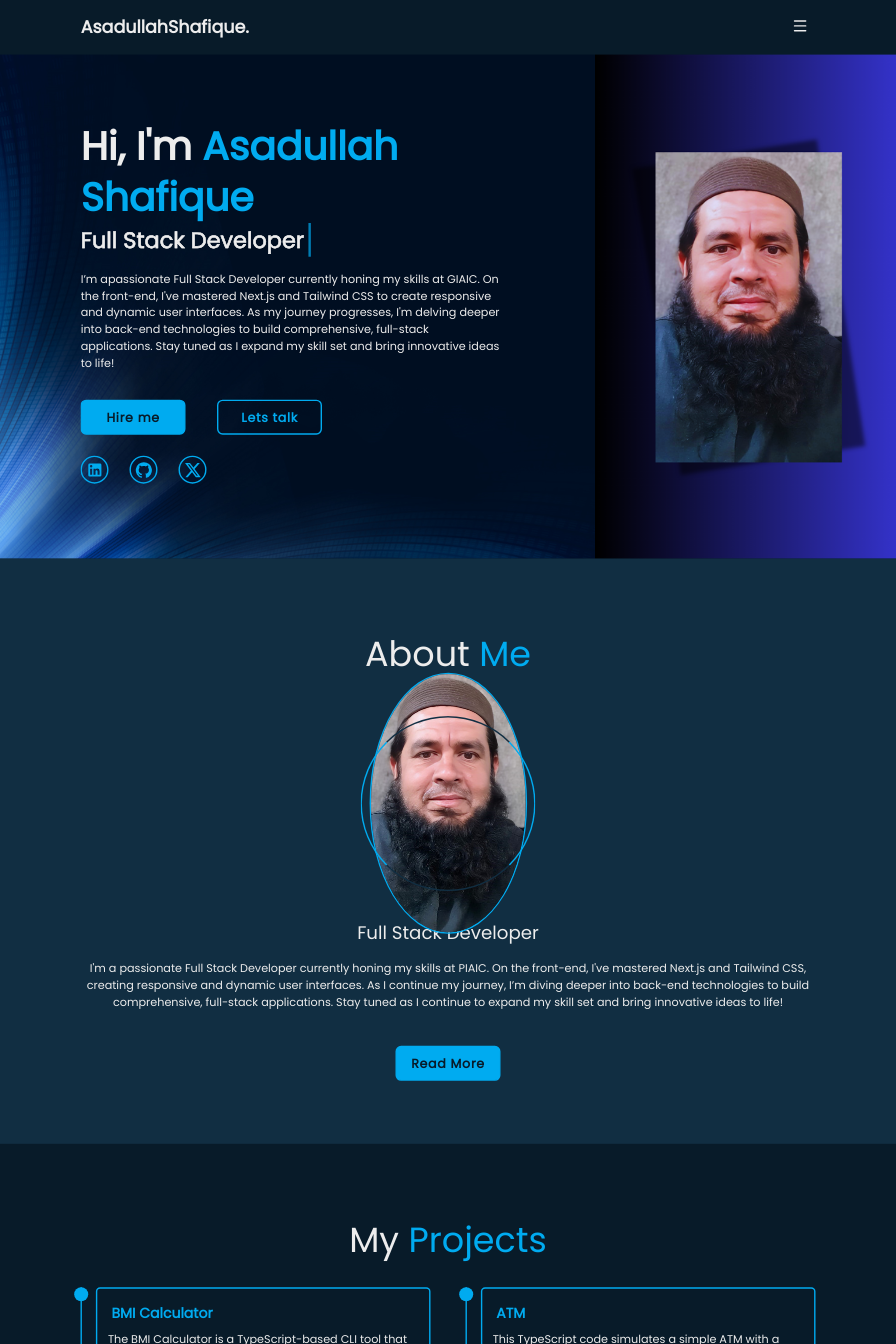
Repository: asadullah48/nextjs_projects_portfolio
Page: /
These files come from the project's save history. The page is drawn as it stood at one moment and after the next save; the edit follows.
The browser window is 1280 px wide. The pictures show the part of the page from y = 0 to 1920 px (the page is 4234 px tall), at 70% of full size.
The project was rebuilt for these pictures with package versions that can differ from the ones it lists, and the page was loaded fresh each time. The framework's server and built-in components were replaced by stand-ins that run in the browser. Also part of the build but not shown: next.config.ts.

Above is the page before, as saved 2024-11-13 13:38:52.

After the next save:
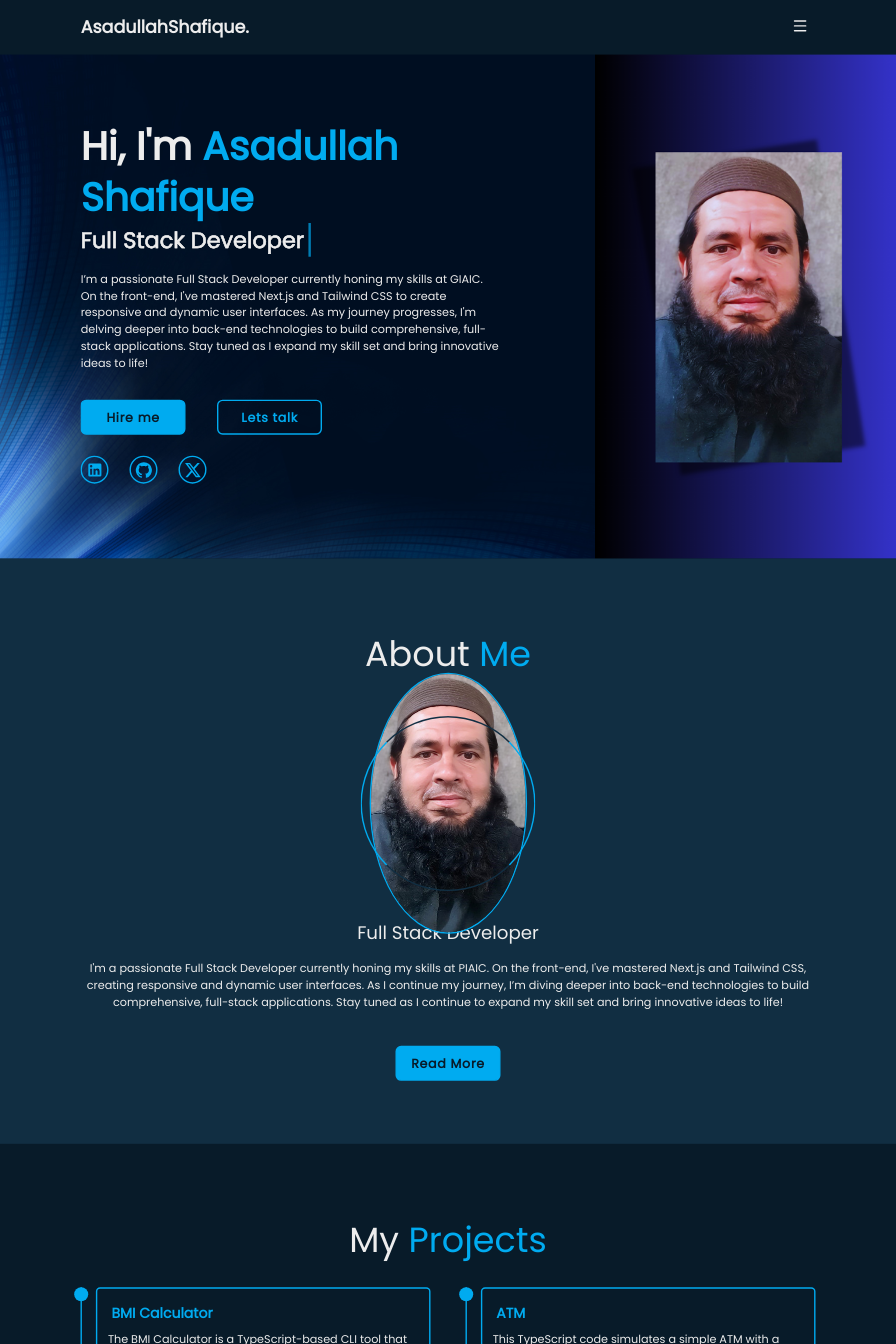
Saved 10 s later.
--- a/src/app/page.tsx
+++ b/src/app/page.tsx
@@ -132,7 +132,7 @@ active:text-[var(--main-color)]"
             <h3>Full Stack Developer</h3>
           </div>
           <p>
-           I’m apassionate Full Stack Developer currently honing my skills at GIAIC.
+           I’m a passionate Full Stack Developer currently honing my skills at GIAIC.
           On the front-end, I've mastered Next.js and Tailwind CSS to create responsive and dynamic user interfaces.
            As my journey progresses, I'm delving deeper into back-end technologies to build comprehensive, full-stack applications.
            Stay tuned as I expand my skill set and bring innovative ideas to life!
